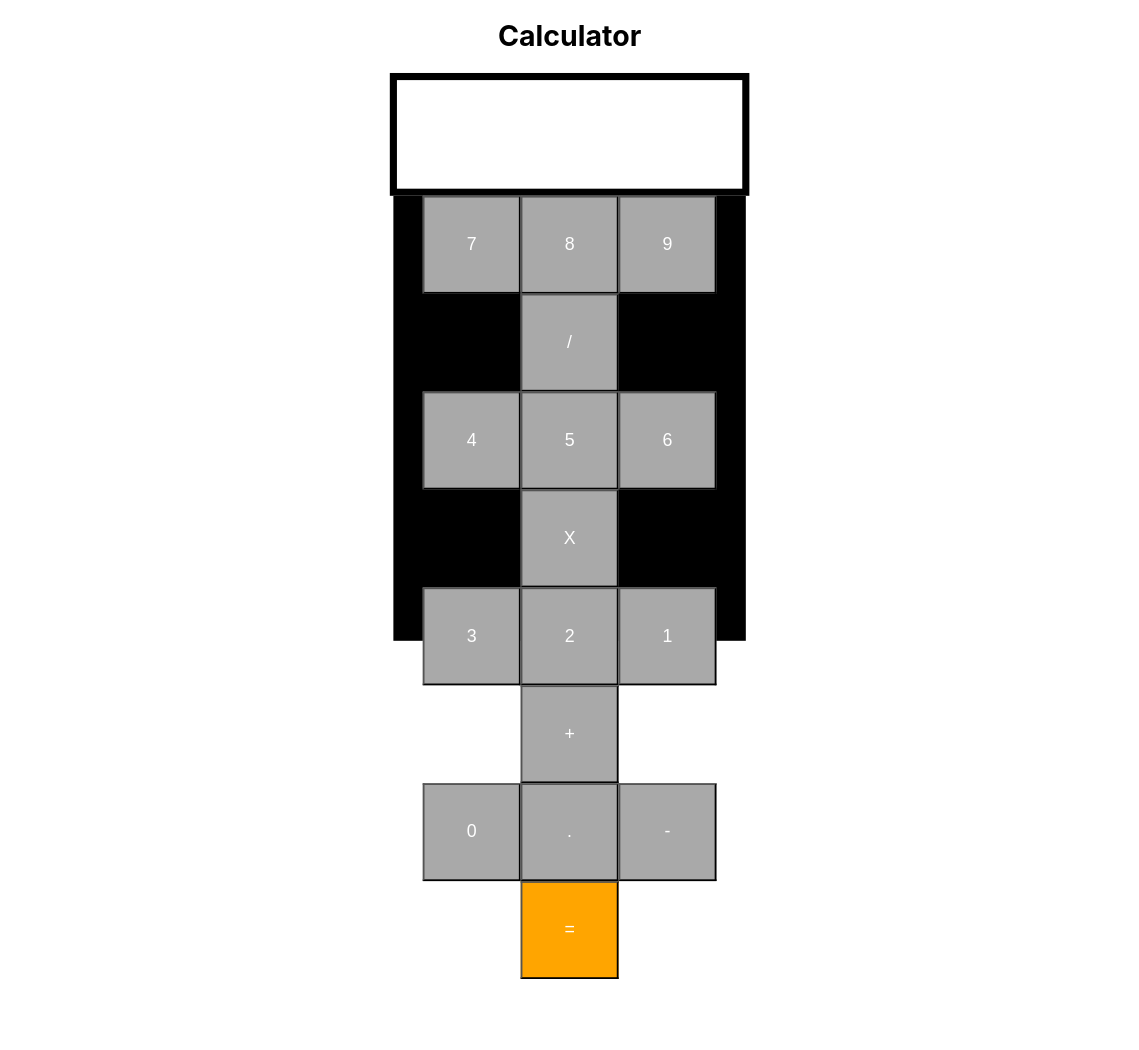
Repository: punitbathija/Placement-Assitance-iNeuron
Page: / (app in React/calculator/)
The author's editor kept a copy of each file at every save. The page is drawn from the files as they stood at one save, then again after the next save.
The browser window is 1280 px wide. The pictures show the whole page, at 89% of full size.
The project was rebuilt for these pictures with package versions that can differ from the ones it lists, and the page was loaded fresh each time.

Above is the page before, as saved 2023-06-05 16:31:23.

After the next save:
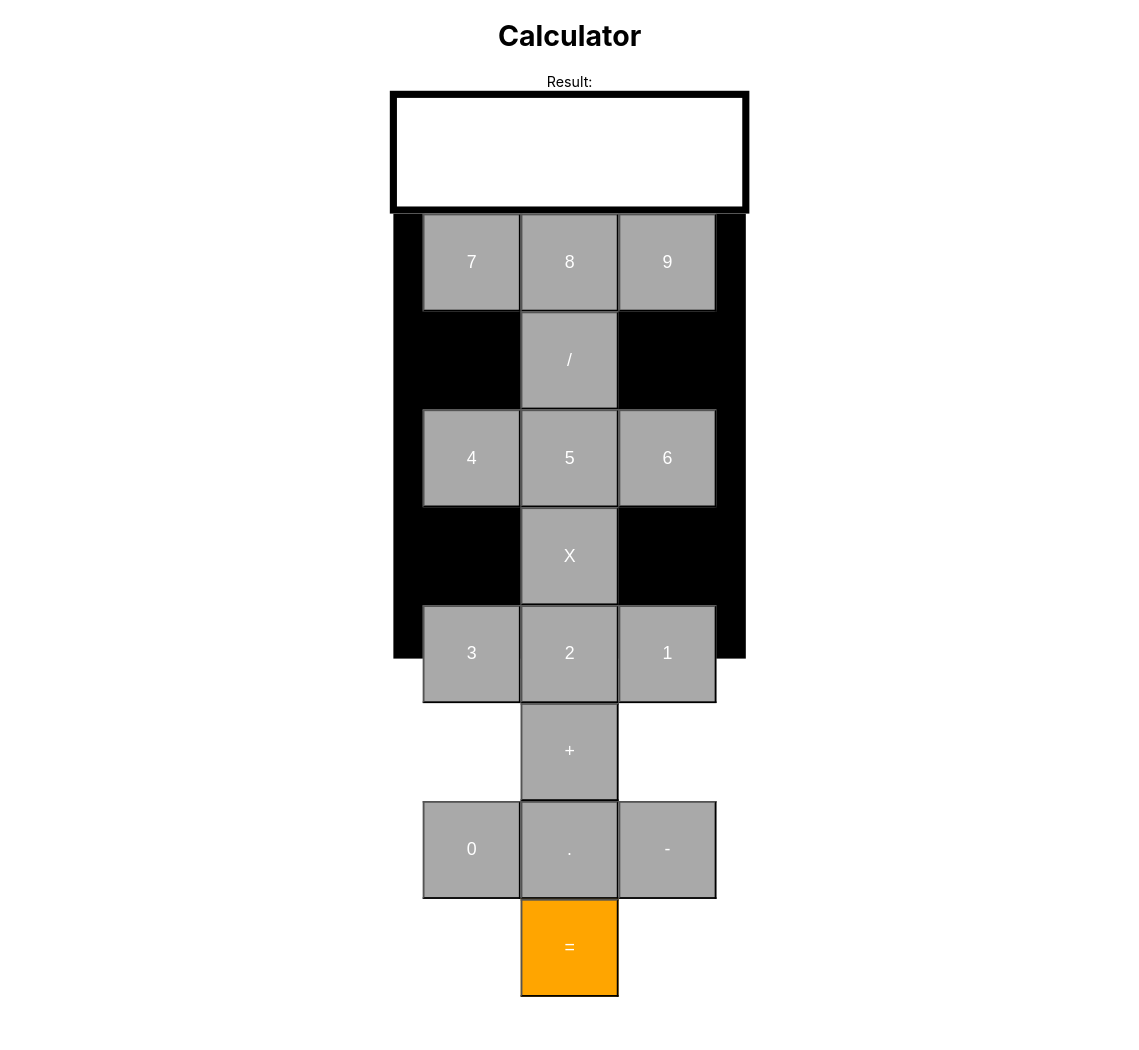
Saved 32 s later.
--- a/React/calculator/src/Calculator.jsx
+++ b/React/calculator/src/Calculator.jsx
@@ -24,6 +24,8 @@ const Calculator = () => {
 
   return (
     <div className="body">
+      <div>Result: {result}</div>
+
       <input
         type="text"
         className="screen"
@@ -87,8 +89,6 @@ const Calculator = () => {
             =
           </button>
         </div>
-        <div>Result: {result}</div>
-
         <h1>| |....CASIO....| |</h1>
       </div>
     </div>
